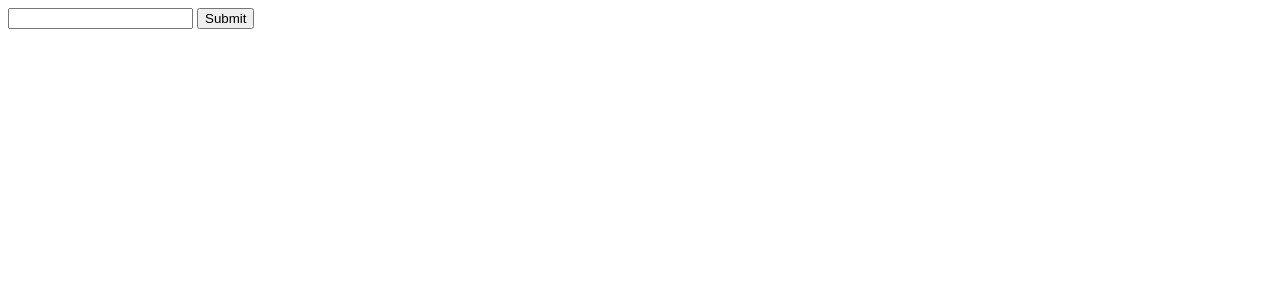
Repository: gupta-ji6/IIHT-Assignments
Page: Aug20-J2EE/j2ee/HelloServlet/WebContent/index.html
The author's editor kept a copy of each file at every save. The page is drawn from the files as they stood at one save, then again after the next save.
The browser window is 1280 px wide. The pictures show the whole page.

Above is the page before, as saved 2019-08-20 09:48:36.

After the next save:
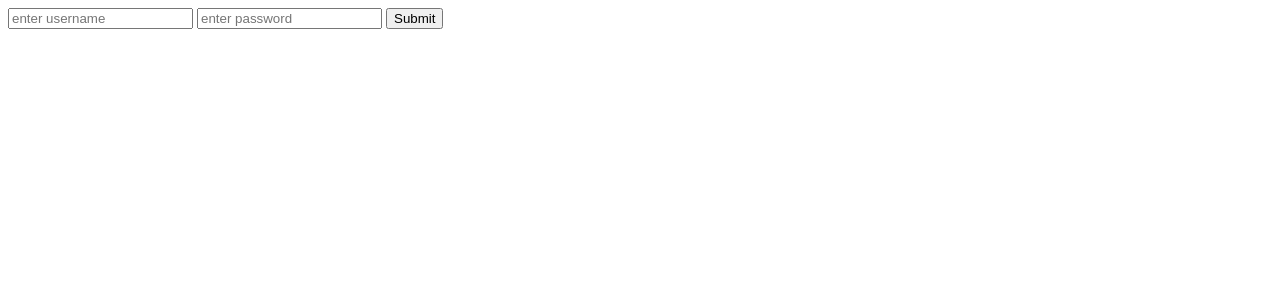
Saved 48 s later.
--- a/Aug20-J2EE/j2ee/HelloServlet/WebContent/index.html
+++ b/Aug20-J2EE/j2ee/HelloServlet/WebContent/index.html
@@ -6,7 +6,8 @@
 </head>
 <body>
 <form action="HelloServlet" method="get">
-	<input name="name" type="text">
+	<input name="username" type="text" placeholder="enter username">
+	<input name="password" type="password" placeholder="enter password">
 	<input type="submit">
 </form>
 </body>
